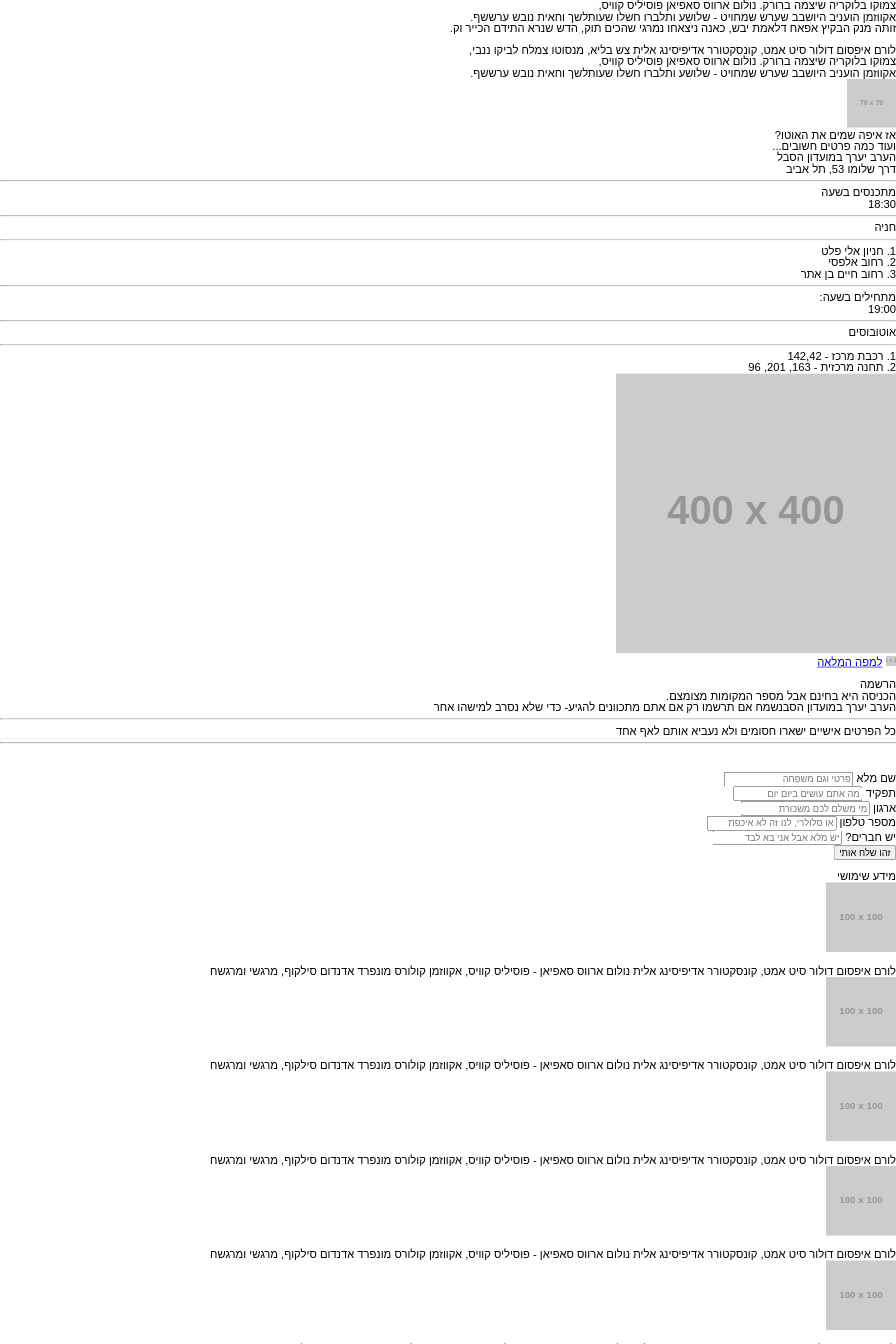
Repository: Julian-Escobar/DevShots
Page: index.html
These files come from the project's save history. The page is drawn as it stood at one moment and after the next save; the edit follows.
The browser window is 1280 px wide. The pictures show the part of the page from y = 3688 to 5608 px (the page is 6155 px tall before and 6015 px after), at 70% of full size.

Above is the page before, as saved 2018-08-28 19:45:36.

### index.html
<!DOCTYPE HTML>
<html>
  <head>
      <link rel="stylesheet" href="style.css">
        <style>

                body{
                    text-align: right;
                    direction: rtl;
                }
        </style>
  </head>
  <body>
      <!--header-->

      <section class="conteiner1">
            <header class="wrapper">
          <h2 class="title">   DEV SHOTS אירוע המפתחים  </h2>
          <div> <a> <img class="netcraftlogo" src="https://cdn.dribbble.com/users/277968/screenshots/1639449/netcraftdev_1x.png" alt="netcraft logo"> </a> </div>
          <div > <nav class="dropdownnav">
            <ul class="nav_conteiner">
              <li><div class="navtitle"> <b>ניווט</b></li><li><a class="navlink" href=""> מה
                   זה? </a></li><li><a class="navlink" href=""> ההרצאות

                   </a></li><li><a class="navlink" href=""> איפה
                        חניה? </a></li><li><a class="navlink" href=""> הרשמה

                        </a></li><li><a class="navlink" href=""> מידע
                             שימושי </a></li><li><a class="navlink" href=""> עלינו </a></li>
                                  </ul></nav></div>
       </header> </section>
       <br> <br>

       <!--section 1-->
       <section class="wrapper2" >
               <div> <h1 class="secondtitle">אירוע פיתוח בראש טוב</h1>
                     <p> לדבר על טכנולוגיה מהחזית <br>ואתגרים שווים עם גיבורי<br> יום יום כמוכם</p>
               </div>
          <a class="robot 1"href="https://placeholder.com"><img src="https://via.placeholder.com/200x300" alt="robot1 image"></a>
          <a class="robot 2"href="https://placeholder.com"><img src="https://via.placeholder.com/200x200" alt="robot2 image"></a>
          <a class="robot 3"href="https://placeholder.com"><img src="https://via.placeholder.com/150x120" alt="robot3 image"></a>
       </section>

              <!--section 2 lectures-->
        <section class="section2 conteiner">
                    <h3>6 הרצאות מרתקות וקצרות</h3>
                    <div class="lecture time"> <a class="clock icon"href="https://placeholder.com"><img src="https://via.placeholder.com/70x70"alt="clock icon"> </a>
                    <p>15 דק׳ לכל הרצאה</p></div>
                    <br>
                    <br>

                  <article class="lecture container">
                            <a class="prof picture"href="https://placeholder.com"><img src="https://via.placeholder.com/200x200" alt="lecturer photo"></a>
                             <h3 class="card title">חומריות בעולם הגידיטל</h3>
                             <a class="bubble image"href="https://placeholder.com"><img src="https://via.placeholder.com/200x100"alt="bubble image"></a>
                                <p class="prof name">דן לירן</p> </div>
                                <p class=><br>לורם איפסום דולור סיט אמט, קונסקטורר אדיפיסינג אלית צש בליא, מנסוטו צמלח לביקו ננבי,
                                        <br>צמוקו בלוקריה שיצמה ברורק. נולום ארווס סאפיאן פוסיליס קוויס,
                                        <br>אקווזמן הועניב היושבב שערש שמחויט - שלושע ותלברו חשלו שעותלשך וחאית נובש ערששף.
                                        <br> זותה מנק הבקיץ אפאח דלאמת יבש, כאנה ניצאחו נמרגי שהכים תוק, הדש שנרא התידם הכייר וק.</p>
                                    <p><br>לורם איפסום דולור סיט אמט, קונסקטורר אדיפיסינג אלית צש בליא, מנסוטו צמלח לביקו ננבי,
                                        <br> צמוקו בלוקריה שיצמה ברורק. נולום ארווס סאפיאן פוסיליס קוויס,
                                        <br>  אקווזמן הועניב היושבב שערש שמחויט - שלושע ותלברו חשלו שעותלשך וחאית נובש ערששף. </p>

                 </article>
                 <br>
                 <article class="lecture container">
                        <a class="prof picture"href="https://placeholder.com"><img src="https://via.placeholder.com/200x200"alt="lecturer photo"></a>
                         <h3 class="card title">חומריות בעולם הגידיטל</h3>
                         <a class="bubble image"href="https://placeholder.com"><img src="https://via.placeholder.com/200x100"alt="bubble image"></a>
                            <p class="prof name">דן לירן</p> </div>
                            <p class=><br>לורם איפסום דולור סיט אמט, קונסקטורר אדיפיסינג אלית צש בליא, מנסוטו צמלח לביקו ננבי,
                                    <br>צמוקו בלוקריה שיצמה ברורק. נולום ארווס סאפיאן פוסיליס קוויס,
                                    <br>אקווזמן הועניב היושבב שערש שמחויט - שלושע ותלברו חשלו שעותלשך וחאית נובש ערששף.
                                    <br> זותה מנק הבקיץ אפאח דלאמת יבש, כאנה ניצאחו נמרגי שהכים תוק, הדש שנרא התידם הכייר וק.</p>
                                <p><br>לורם איפסום דולור סיט אמט, קונסקטורר אדיפיסינג אלית צש בליא, מנסוטו צמלח לביקו ננבי,
                                    <br> צמוקו בלוקריה שיצמה ברורק. נולום ארווס סאפיאן פוסיליס קוויס,
                                    <br>  אקווזמן הועניב היושבב שערש שמחויט - שלושע ותלברו חשלו שעותלשך וחאית נובש ערששף. </p>

             </article>

             <br>
             <article class="lecture container">
                    <a class="prof picture"href="https://placeholder.com"><img src="https://via.placeholder.com/200x200"alt="lecturer photo"></a>
                    <h3 class="card title">חומריות בעולם הגידיטל</h3>
                     <a class="bubble image"href="https://placeholder.com"><img src="https://via.placeholder.com/200x100"alt="bubble image"></a>
                        <p class="prof name">דן לירן</p> </div>
                        <p class=><br>לורם איפסום דולור סיט אמט, קונסקטורר אדיפיסינג אלית צש בליא, מנסוטו צמלח לביקו ננבי,
                                <br>צמוקו בלוקריה שיצמה ברורק. נולום ארווס סאפיאן פוסיליס קוויס,
                                <br>אקווזמן הועניב היושבב שערש שמחויט - שלושע ותלברו חשלו שעותלשך וחאית נובש ערששף.
                                <br> זותה מנק הבקיץ אפאח דלאמת יבש, כאנה ניצאחו נמרגי שהכים תוק, הדש שנרא התידם הכייר וק.</p>
                            <p><br>לורם איפסום דולור סיט אמט, קונסקטורר אדיפיסינג אלית צש בליא, מנסוטו צמלח לביקו ננבי,
                                <br> צמוקו בלוקריה שיצמה ברורק. נולום ארווס סאפיאן פוסיליס קוויס,
                                <br>  אקווזמן הועניב היושבב שערש שמחויט - שלושע ותלברו חשלו שעותלשך וחאית נובש ערששף. </p>

         </article>
         <br>

         <article class="lecture container">
                <a class="prof picture"href="https://placeholder.com"><img src="https://via.placeholder.com/200x200"alt="lecturer photo"></a>
                <h3 class="card title">חומריות בעולם הגידיטל</h3>
                <a class="bubble image"href="https://placeholder.com"><img src="https://via.placeholder.com/200x100"alt="bubble image"></a>
                    <p class="prof name">דן לירן</p> </div>
                    <p class=><br>לורם איפסום דולור סיט אמט, קונסקטורר אדיפיסינג אלית צש בליא, מנסוטו צמלח לביקו ננבי,
                            <br>צמוקו בלוקריה שיצמה ברורק. נולום ארווס סאפיאן פוסיליס קוויס,
                            <br>אקווזמן הועניב היושבב שערש שמחויט - שלושע ותלברו חשלו שעותלשך וחאית נובש ערששף.
                            <br> זותה מנק הבקיץ אפאח דלאמת יבש, כאנה ניצאחו נמרגי שהכים תוק, הדש שנרא התידם הכייר וק.</p>
                        <p><br>לורם איפסום דולור סיט אמט, קונסקטורר אדיפיסינג אלית צש בליא, מנסוטו צמלח לביקו ננבי,
                            <br> צמוקו בלוקריה שיצמה ברורק. נולום ארווס סאפיאן פוסיליס קוויס,
                            <br>  אקווזמן הועניב היושבב שערש שמחויט - שלושע ותלברו חשלו שעותלשך וחאית נובש ערששף. </p>

     </article>
     <br>

     <article class="lecture container">
            <a class="prof picture"href="https://placeholder.com"><img src="https://via.placeholder.com/200x200"alt="lecturer photo"></a>
             <h3 class="card title">חומריות בעולם הגידיטל</h3>
             <a class="bubble image"href="https://placeholder.com"><img src="https://via.placeholder.com/200x100"alt="bubble image"></a>
                <p class="prof name">דן לירן</p> </div>
                <p class=><br>לורם איפסום דולור סיט אמט, קונסקטורר אדיפיסינג אלית צש בליא, מנסוטו צמלח לביקו ננבי,
                        <br>צמוקו בלוקריה שיצמה ברורק. נולום ארווס סאפיאן פוסיליס קוויס,
                        <br>אקווזמן הועניב היושבב שערש שמחויט - שלושע ותלברו חשלו שעותלשך וחאית נובש ערששף.
                        <br> זותה מנק הבקיץ אפאח דלאמת יבש, כאנה ניצאחו נמרגי שהכים תוק, הדש שנרא התידם הכייר וק.</p>
                    <p><br>לורם איפסום דולור סיט אמט, קונסקטורר אדיפיסינג אלית צש בליא, מנסוטו צמלח לביקו ננבי,
                        <br> צמוקו בלוקריה שיצמה ברורק. נולום ארווס סאפיאן פוסיליס קוויס,
                        <br>  אקווזמן הועניב היושבב שערש שמחויט - שלושע ותלברו חשלו שעותלשך וחאית נובש ערששף. </p>

 </article>

 <br>
 <article class="lecture container">
        <a class="prof picture"href="https://placeholder.com"><img src="https://via.placeholder.com/200x200"alt="lecturer photo"></a>
         <h3 class="card title">חומריות בעולם הגידיטל</h3>
         <a class="bubble image"href="https://placeholder.com"><img src="https://via.placeholder.com/200x100"alt="bubble image"></a>
            <p class="prof name">דן לירן</p> </div>
            <p class=><br>לורם איפסום דולור סיט אמט, קונסקטורר אדיפיסינג אלית צש בליא, מנסוטו צמלח לביקו ננבי,
                    <br>צמוקו בלוקריה שיצמה ברורק. נולום ארווס סאפיאן פוסיליס קוויס,
                    <br>אקווזמן הועניב היושבב שערש שמחויט - שלושע ותלברו חשלו שעותלשך וחאית נובש ערששף.
                    <br> זותה מנק הבקיץ אפאח דלאמת יבש, כאנה ניצאחו נמרגי שהכים תוק, הדש שנרא התידם הכייר וק.</p>
                <p><br>לורם איפסום דולור סיט אמט, קונסקטורר אדיפיסינג אלית צש בליא, מנסוטו צמלח לביקו ננבי,
                    <br> צמוקו בלוקריה שיצמה ברורק. נולום ארווס סאפיאן פוסיליס קוויס,
                    <br>  אקווזמן הועניב היושבב שערש שמחויט - שלושע ותלברו חשלו שעותלשך וחאית נובש ערששף. </p>
</article>
<div> <a class="robot4"> <img src="https://via.placeholder.com/70x70"alt="robot4 image"> </a></div>
</section>


<!--section 3 directions-->

<section>
    <article>
    <h4> אז איפה שמים את האוטו?</h4>
    <p>ועוד כמה פרטים חשובים...</p>
    <p> הערב יערך במועדון הסבל</p>
    <address> דרך שלומו 53, תל אביב</address>
 <div class="buses container">
       <hr class=line1>
       <p>מתכנסים בשעה</p>
       <p><big> 18:30 </big></p>
       <hr class=line1>
       <dl>
            <dt>חניה</dt>
              <hr class=line1>
              <dd>1. חניון אלי פלט</dd>
              <dd>2. רחוב אלפסי</dd>
              <dd>3. רחוב חיים בן אתר</dd>
       </dl>
 </div>

 <div class="buses container">
                <hr class=line1>
                <p>מתחילים בשעה:</p>
                <p><big> 19:00 </big></p>
                <hr class=line1>
                <dl>

                     <dt>אוטובוסים</dt>
                       <hr class=line1>
                       <dd>1. רכבת מרכז - 142,42</dd>
                       <dd>2. תחנה מרכזית - 163, 201, 96</dd>
                </dl>
 </div>
 <div class="map">
        <a class="map"> <img src="https://via.placeholder.com/400x400" alt="map image"> </a></div>
        <a class="lupa"> <img src="https://via.placeholder.com/15x15" alt="lupa icon"> </a></div>
        <a href="url">למפה המלאה</a>
</div> </article> </section>
<br>

<!--section 4 contact-->
<h5> הרשמה </h5>
<p>הכניסה היא בחינם אבל מספר המקומות מצומצם.</p>
<p> הערב יערך במועדון הסבנשמח אם תרשמו רק אם אתם מתכוונים להגיע- כדי שלא נסרב למישהו אחר</p>
<hr class=line3>
<p>כל הפרטים אישיים ישארו חסומים ולא נעביא אותם לאף אחד</p>
<hr class=line3>
<br>
<br>

<form action="" method="post">
    <div>
        <label for="name">שם מלא</label>
        <input type="text" placeholder="פרטי וגם משפחה" id="name" name="user_name">
    </div>
    <div>
        <label for="position">תפקיד</label>
        <input  type="position" placeholder="מה אתם עושים ביום יום" id="position" name="user_position">
    </div>
    <div>
            <label for="organization">ארגון</label>
            <input  type="organization" placeholder="מי משלם לכם משכורת" id="organization" name="user_organization">
        </div>
    <div>
            <label for="phone">מספר טלפון</label>
            <input  type="phone" placeholder="או סלולרי, לנו זה לא איכפת" id="phone" name="user_phone">
        </div>
        <div>
                <label for="friends">יש חברים?</label>
                <input  type="friends" placeholder="יש מלא אבל אני בא לבד" id="friends" name="user_friends">
            </div>
            <button name="button">זהו שלח אותי</button>
    </form>
    <br>

<!--section 5 Useful information-->

<section>
    <h6><big>מידע שימושי</big></h6>

    <article> <div class="card2"> <a class="card2 image"> <img src="https://via.placeholder.com/100x100"alt="card image"></a><h3 class="car2 title">קונסקטורר אדיפיסינג אלית</h3>
        <p class="p card2">לורם איפסום דולור סיט אמט, קונסקטורר אדיפיסינג אלית נולום ארווס סאפיאן - פוסיליס קוויס, אקווזמן קולורס מונפרד אדנדום סילקוף, מרגשי ומרגשח</p>
    </div></article>

    <article> <div class="card2"> <a class="card2 image"> <img src="https://via.placeholder.com/100x100"alt="card image"></a><h3 class="car2 title">קונסקטורר אדיפיסינג אלית</h3>
        <p class="p card2">לורם איפסום דולור סיט אמט, קונסקטורר אדיפיסינג אלית נולום ארווס סאפיאן - פוסיליס קוויס, אקווזמן קולורס מונפרד אדנדום סילקוף, מרגשי ומרגשח</p>
    </div></article>

    <article> <div class="card2"> <a class="card2 image"> <img src="https://via.placeholder.com/100x100"alt="card image"></a><h3 class="car2 title">קונסקטורר אדיפיסינג אלית</h3>
        <p class="p card2">לורם איפסום דולור סיט אמט, קונסקטורר אדיפיסינג אלית נולום ארווס סאפיאן - פוסיליס קוויס, אקווזמן קולורס מונפרד אדנדום סילקוף, מרגשי ומרגשח</p>
    </div></article>

    <article> <div class="card2"> <a class="card2 image"> <img src="https://via.placeholder.com/100x100"alt="card image"></a><h3 class="car2 title">קונסקטורר אדיפיסינג אלית</h3>
        <p class="p card2">לורם איפסום דולור סיט אמט, קונסקטורר אדיפיסינג אלית נולום ארווס סאפיאן - פוסיליס קוויס, אקווזמן קולורס מונפרד אדנדום סילקוף, מרגשי ומרגשח</p>
    </div></article>

    <article> <div class="card2"> <a class="card2 image"> <img src="https://via.placeholder.com/100x100"alt="card image"></a><h3 class="car2 title">קונסקטורר אדיפיסינג אלית</h3>
        <p class="p card2">לורם איפסום דולור סיט אמט, קונסקטורר אדיפיסינג אלית נולום ארווס סאפיאן - פוסיליס קוויס, אקווזמן קולורס מונפרד אדנדום סילקוף, מרגשי ומרגשח</p>
    </div></article>

    <article> <div class="card2"> <a class="card2 image"> <img src="https://via.placeholder.com/100x100"alt="card image"></a><h3 class="car2 title">קונסקטורר אדיפיסינג אלית</h3>
        <p class="p card2">לורם איפסום דולור סיט אמט, קונסקטורר אדיפיסינג אלית נולום ארווס סאפיאן - פוסיליס קוויס, אקווזמן קולורס מונפרד אדנדום סילקוף, מרגשי ומרגשח</p>
    </div></article>

    <a class="bottom robot"> <img src="https://via.placeholder.com/200x100"></a>
</section>

<!--section 6 footer-->
<section>
    <div class="footer div"><H3 class="footer title"> קצת עלינו</H3></div>
            <sec> <div class="footer components"> <a class="netcraft logo"> <img src="https://via.placeholder.com/100x30"alt="net craft logo"></a> </div>
            <div class="footer components"><p><b><big> נטפרפט </big></b>ורם איפסום דולור סיט אמט, קונסקטורר אדיפיסינג אלית נולום ארווס סאפיאן - פוסיליס קוויס, אקווזמן קולורס מונפרד אדנדום סילקוף, מרגשי ומרגשח. עמחליף גולר מונפרר סוברט</p></div>
            <div class="footer components"> <a class="logo"> <img src="https://via.placeholder.com/30x30"></a> <p>לורם איפסום דולור סיט אמט</p> </div>
            <div class="footer components"> <a class="logo"> <img src="https://via.placeholder.com/30x30"></a> <p>לורם איפסום דולור סיט אמט</p> </div>
            <div class="footer components"> <a class="logo"> <img src="https://via.placeholder.com/30x30"></a> <p>לורם איפסום דולור סיט אמט</p> </div>
            <div class="footer components"> <a class="logo"> <img src="https://via.placeholder.com/30x30"></a> <p>לורם איפסום דולור סיט אמט</p> </div>

            <div class="footer detail"> <p> איפסום דולור סיט אמט | איפסום דולור סיט אמט | איפסום דולור סיט אמט | some info@here </p> <a class="logo netcraft small"> <img src="https://via.placeholder.com/30x12"alt="netcraft logo"></a>  </div></sec>
</section>

  </body>
</html>

### style.css
/* http://meyerweb.com/eric/tools/css/reset/
   v2.0 | 20110126
   License: none (public domain)
*/

html, body, div, span, applet, object, iframe,
h1, h2, h3, h4, h5, h6, p, blockquote, pre,
a, abbr, acronym, address, big, cite, code,
del, dfn, em, img, ins, kbd, q, s, samp,
small, strike, strong, sub, sup, tt, var,
b, u, i, center,
dl, dt, dd, ol, ul, li,
fieldset, form, label, legend,
table, caption, tbody, tfoot, thead, tr, th, td,
article, aside, canvas, details, embed,
figure, figcaption, footer, header, hgroup,
menu, nav, output, ruby, section, summary,
time, mark, audio, video {
	margin: 0;
	padding: 0;
	border: 0;
	font-size: 100%;
	font: inherit;
	vertical-align: baseline;
}
/* HTML5 display-role reset for older browsers */
article, aside, details, figcaption, figure,
footer, header, hgroup, menu, nav, section {
	display: block;
}
body {
	line-height: 1;
}
ol, ul {
	list-style: none;
}
blockquote, q {
	quotes: none;
}
blockquote:before, blockquote:after,
q:before, q:after {
	content: '';
	content: none;
}
table {
	border-collapse: collapse;
	border-spacing: 0;
}





@font-face {
    font-family: 'Rubik', sans-serif;
    src: url("hhttps://fonts.googleapis.com/css?family=Rubik" );
}

body{
    font-family: 'Rubik', sans-serif;
    margin: 0 auto;

}

/**** header ****/

.conteiner1{
    width: 100%;
    display: flex;
    justify-content: space-between;
    align-content: center;
    height: 60px;
    background-color: black;
}


header {
    background-color: black;
    width: 1000px;
    display: flex;
    justify-content: space-between;
    align-content: center;
    margin: 0 auto;
    padding: 0 10px;
}


.title {
    font-weight: 100;
    color: white;
    align-self: center;
}
.netcraftlogo {
    height:60px;
    align-self: center;

    }

    .navtitle {
        background-color: yellow;
        padding: 4px;
        border: 1px solid black
    }


    .dropdownnav {
        border: 1px solid black;
        float: right;
    }

    .nav_conteiner {
        position: fixed;
        top: 0;
        left: 0;
        width: 130px;
        border-left: 1px solid black;
        border-right: 1px solid black;
        margin: 10px;


    }

    .navlink {
        background-color: white;
        padding: 4px;
        border-bottom: 1px solid black;
        align-self: right;
        display: block;
        position: relative;
        z-index: 100;
        margin-top: 0px;
        padding-top: 10px;
        padding-bottom: 10px;
        padding-left: 20px;
        padding-right: 20px;
   }

   /**** header ****/

   /**** section1r ****/

   .wrapper2 {
    width: 100%;
    display: flex;
    justify-content: space-between;
    align-content: center;
    height: 600px;
    background-color: rgb(82, 236, 247);
}

After the next save:
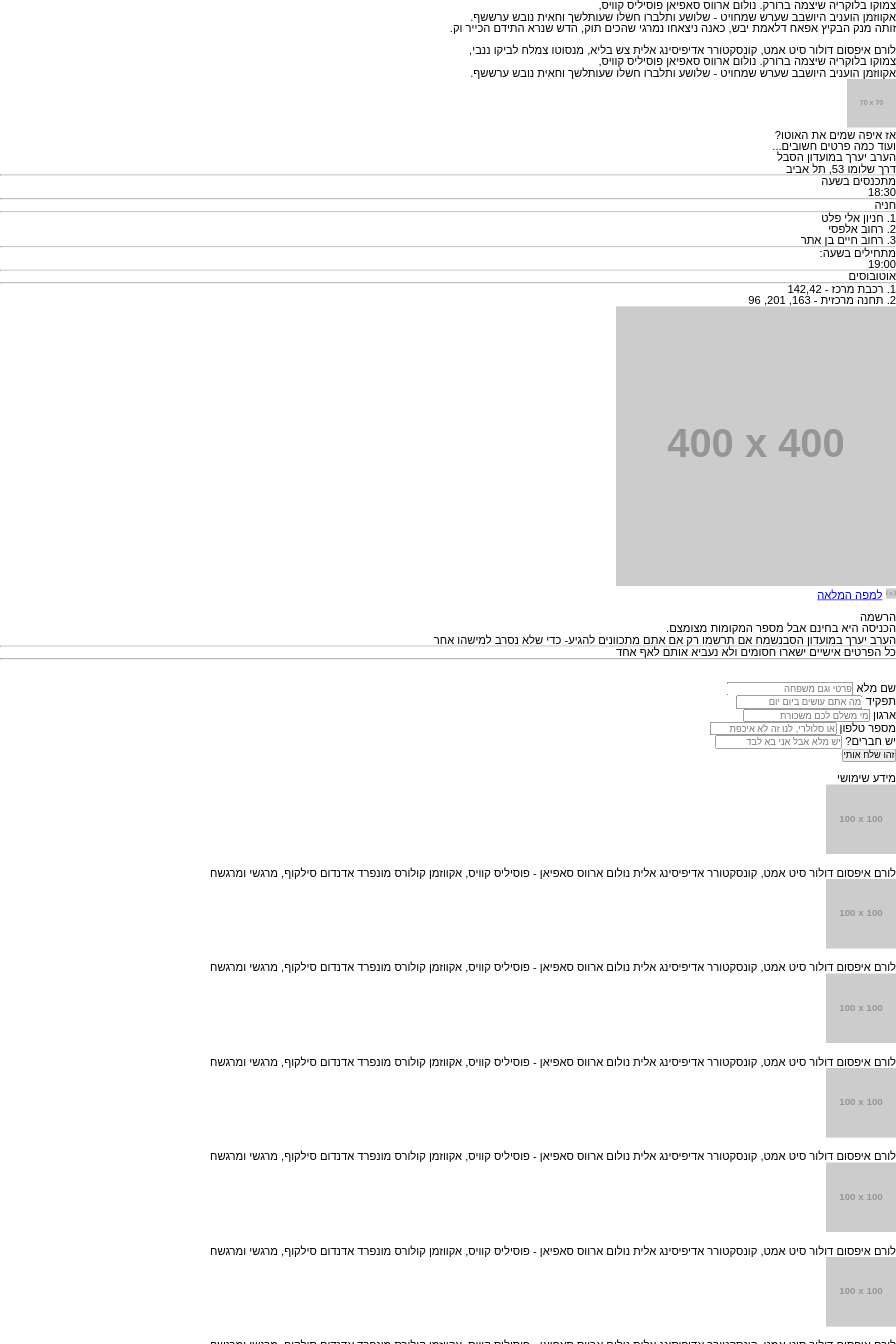
Saved 79 s later.
--- a/style.css
+++ b/style.css
@@ -48,7 +48,7 @@
 }
 
 
-
+* { margin: 0; padding: 0; }
 
 
 @font-face {

After the save that followed:
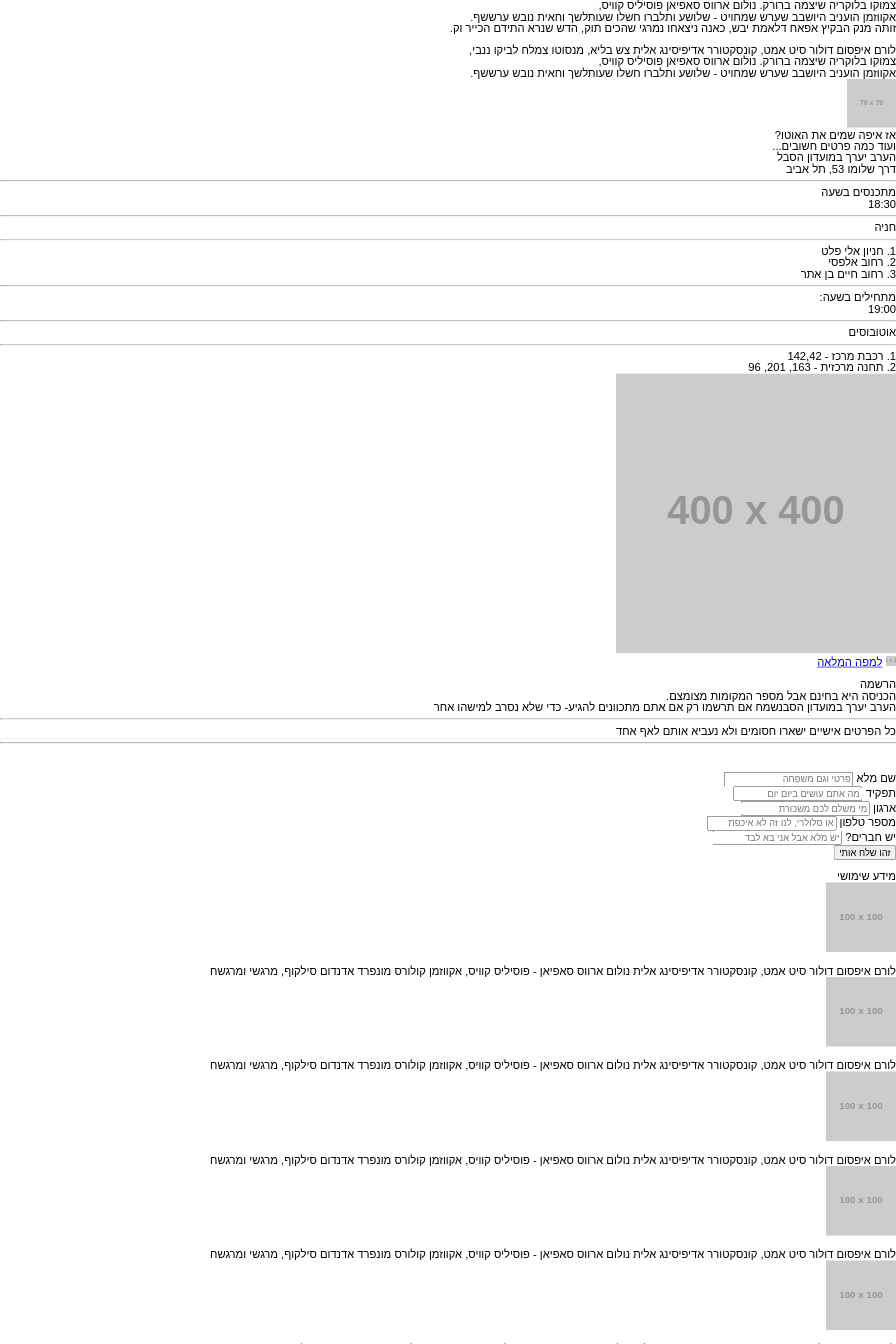
Saved 78 s later.
--- a/style.css
+++ b/style.css
@@ -48,8 +48,6 @@
 }
 
 
-* { margin: 0; padding: 0; }
-
 
 @font-face {
     font-family: 'Rubik', sans-serif;
@@ -81,7 +79,7 @@
     justify-content: space-between;
     align-content: center;
     margin: 0 auto;
-    padding: 0 10px;
+    padding: 0 auto;
 }
 
 
